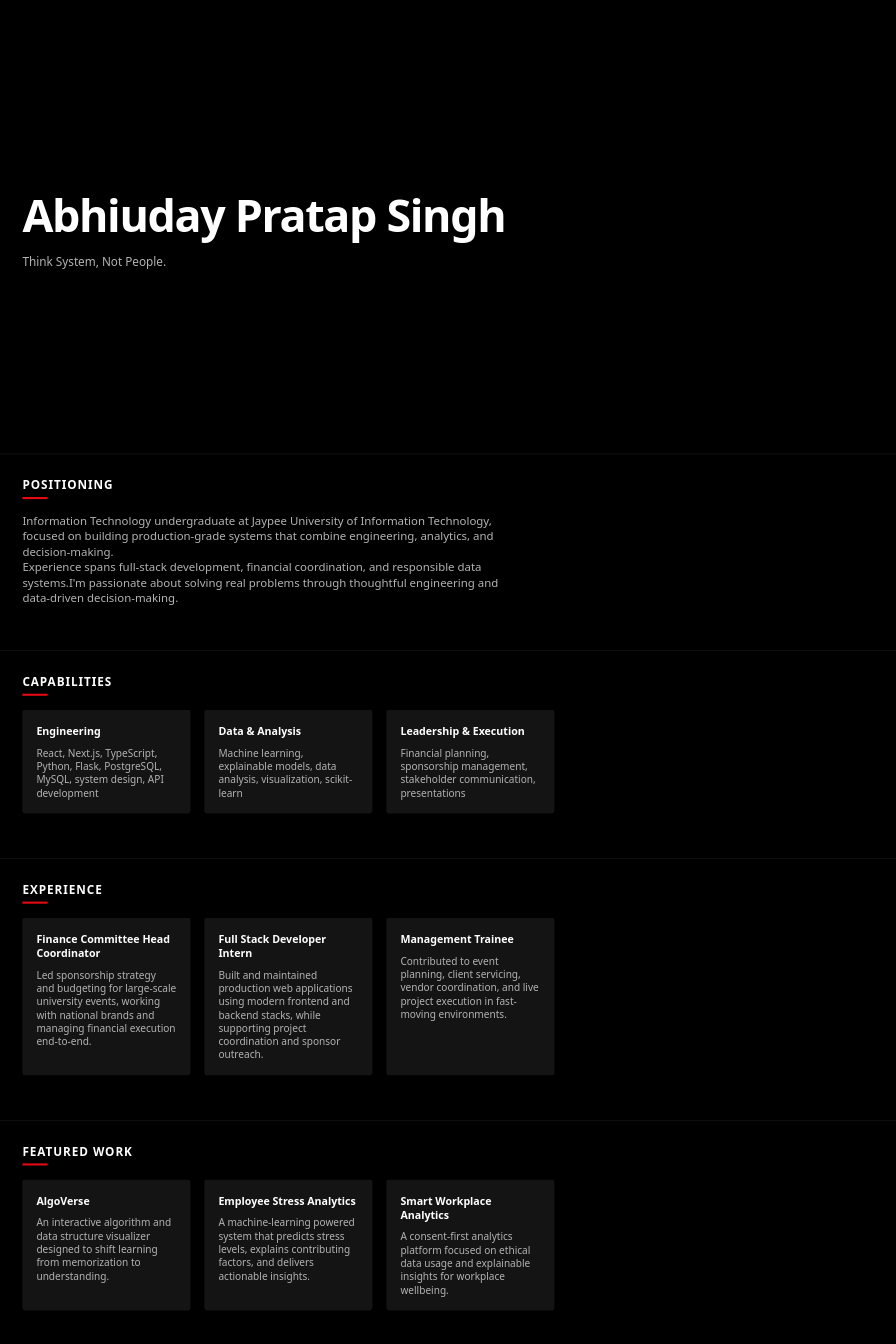
Repository: PratapOP/main-portfolio
Page: / (app in frontend/)
The author's editor kept a copy of each file at every save. The page is drawn from the files as they stood at one save, then again after the next save.
The browser window is 1280 px wide. The pictures show the part of the page from y = 0 to 1920 px (the page is 2800 px tall), at 70% of full size.
The project was rebuilt for these pictures with package versions that can differ from the ones it lists, and the page was loaded fresh each time. Also part of the build but not shown: frontend/vite.config.js.

Above is the page before, as saved 2026-01-01 18:52:07.

After the next save:
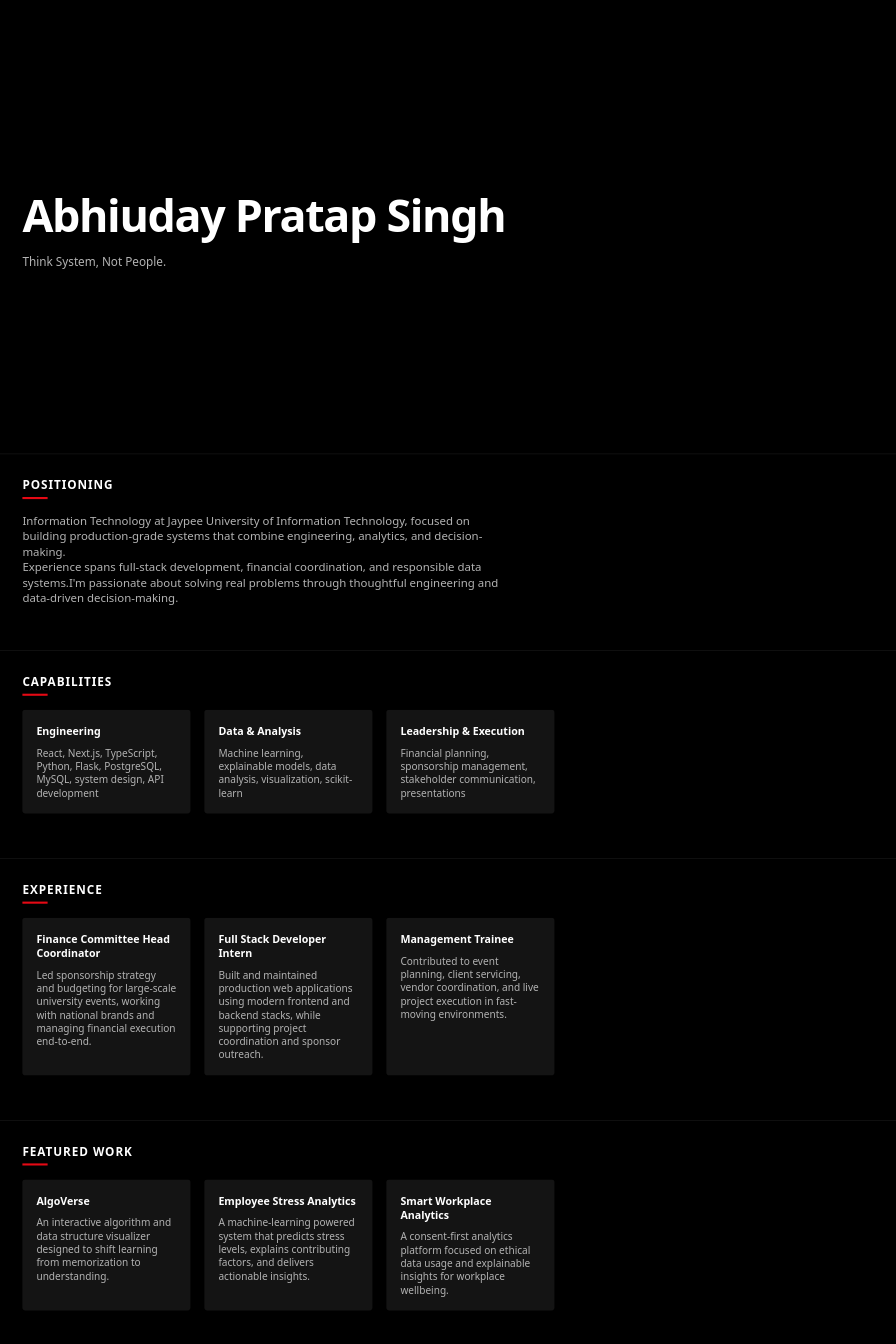
Saved 6 s later.
--- a/frontend/src/sections.jsx
+++ b/frontend/src/sections.jsx
@@ -51,7 +51,7 @@
         <div className="section-inner">
             <h2 className="section-title">Positioning</h2>
             <p className="section-text">
-            Information Technology undergraduate at Jaypee University
+            Information Technology at Jaypee University
             of Information Technology, focused on building production-grade
             systems that combine engineering, analytics, and decision-making.
             <br/>
